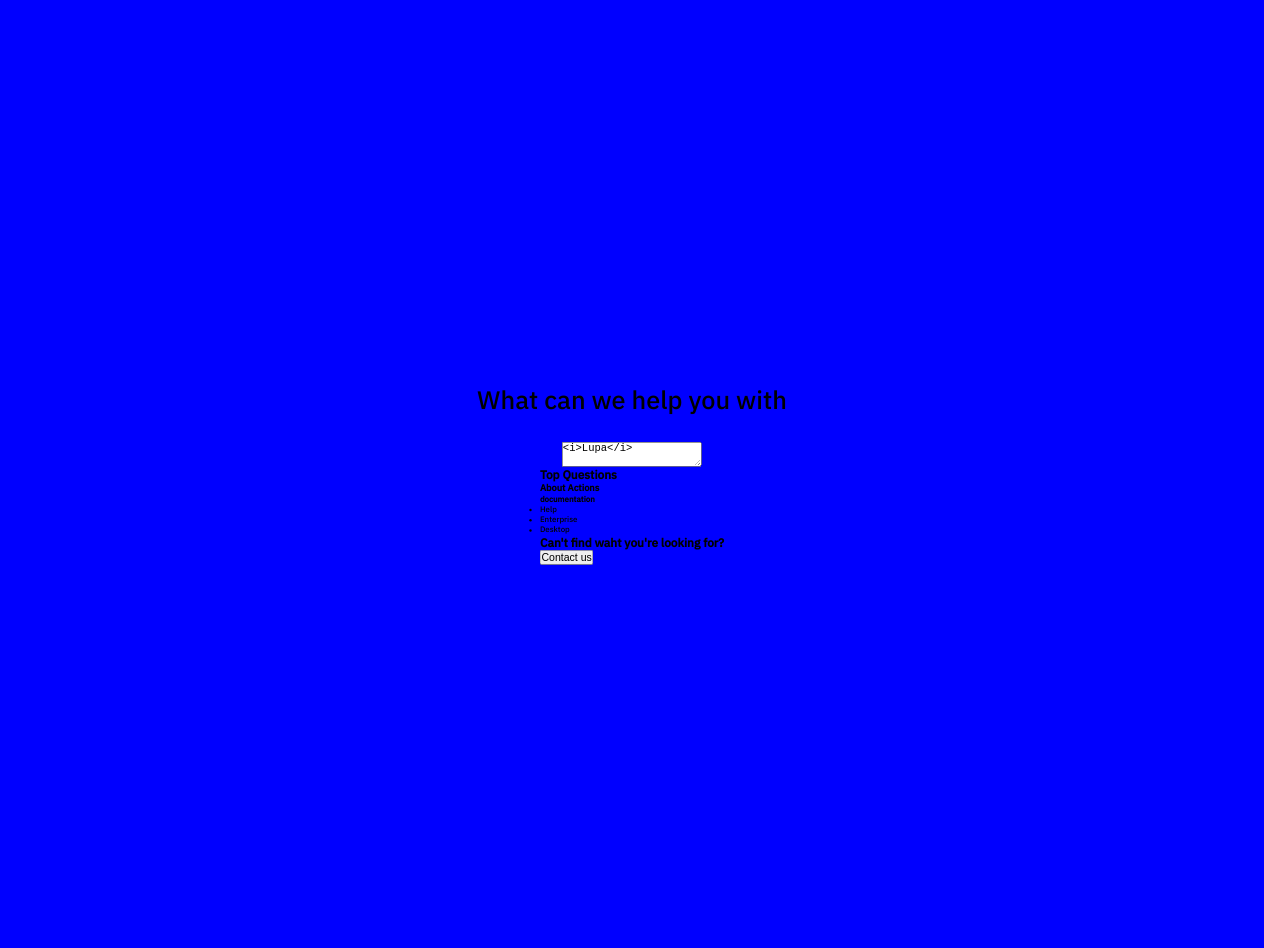
Repository: Hcmwebs/Help-Center-UI-
Page: index.html
The author's editor kept a copy of each file at every save. The page is drawn from the files as they stood at one save, then again after the next save.
The browser window is 1280 px wide. The page is 1600 px wide, so the pictures cover 1600 px, including what lies to the right of the window. The pictures show the whole page, at 79% of full size.
The style sheet was rebuilt from its Sass, Less or Tailwind sources for each picture, by a compiler version that may differ from the author's.

Above is the page before, as saved 2020-08-17 22:52:34.

After the next save:
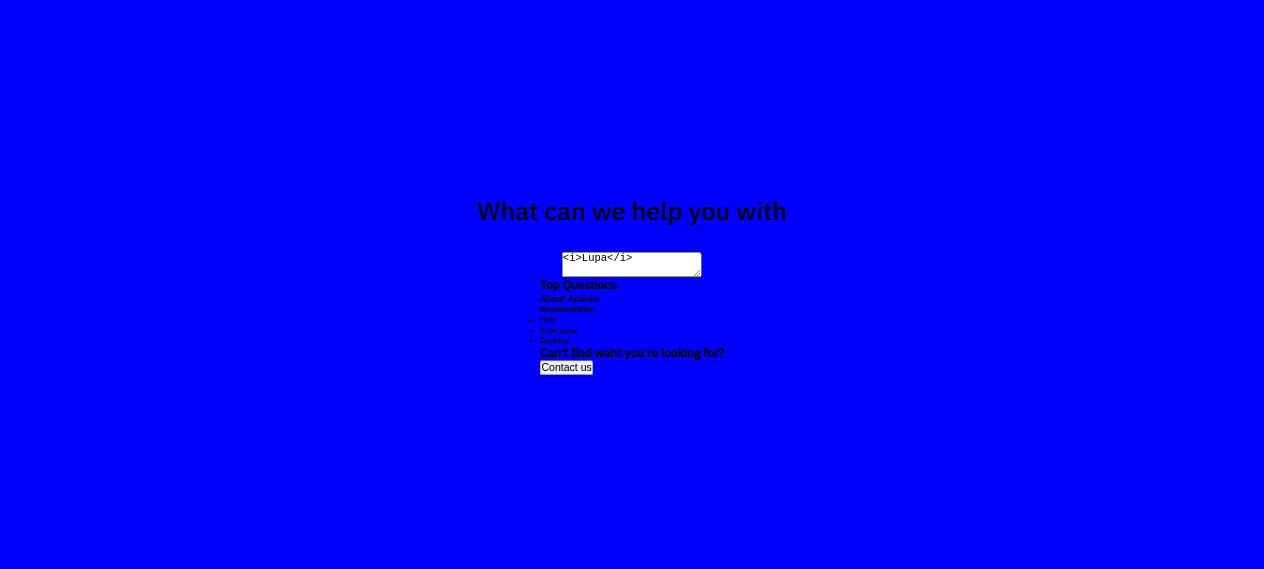
Saved 21 s later.
--- a/scss/styles.scss
+++ b/scss/styles.scss
@@ -22,7 +22,7 @@ body{
 .container{
     width: 1600px;
     max-width: 100%;
-    height: 1200px ;
+    height: 100vh;
     overflow: hidden;
     display: flex;
     flex-direction: column;
